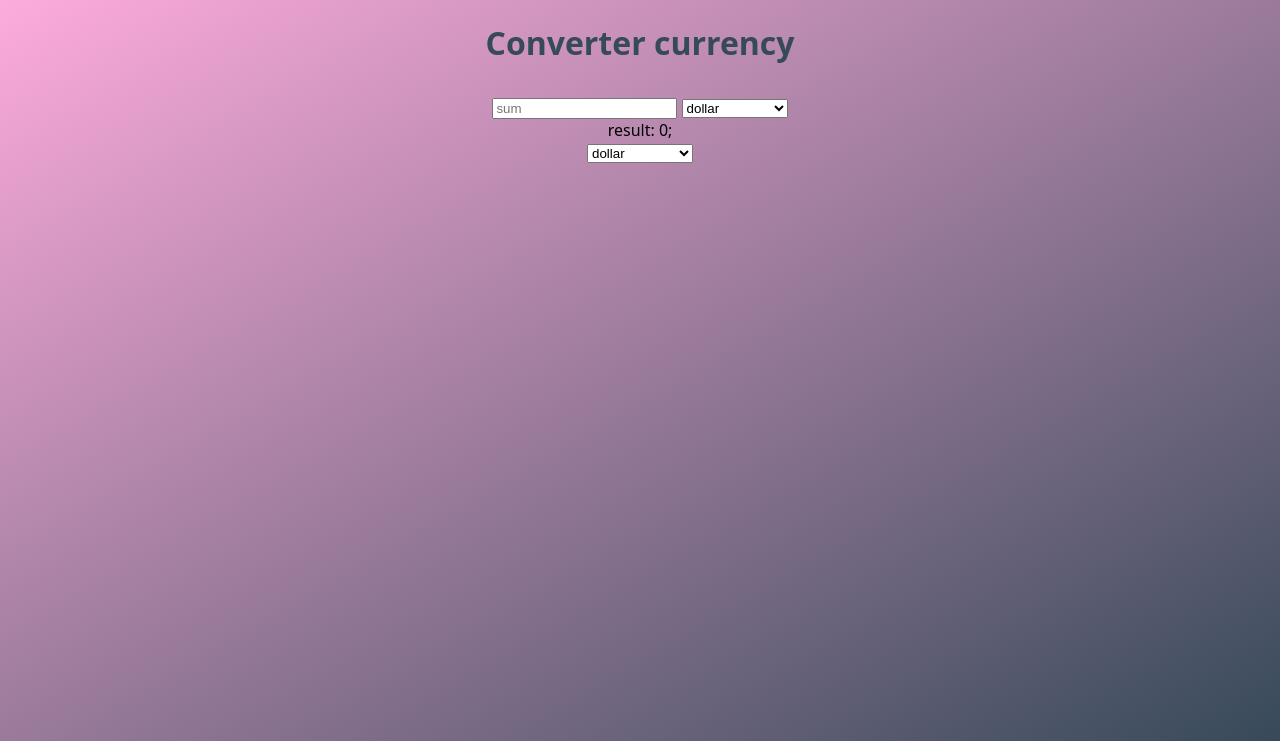
Repository: qtqqrdy13/converter_currerncy
Page: index.html
The author's editor kept a copy of each file at every save. The page is drawn from the files as they stood at one save, then again after the next save.
The browser window is 1280 px wide. The pictures show the whole page.

Above is the page before, as saved 2023-10-30 14:28:36.

### index.html
<!DOCTYPE html>
<html lang="en">
<head>
    <meta charset="UTF-8">
    <title>Document</title>
    <link rel="stylesheet" href="style.css">
</head>
<body>
    <h1>Converter currency</h1>
    <div class="converter">
        <div class="input">
            <input type="number" id="amount" placeholder="sum">
            <select name="" id="from_currency">
                <option value="usd">dollar</option>
                <option value="euro">euro</option>
                <option value="uah">grivna</option>
                <option value="zl">zloty</option>
                <option value="gbp">pound sterling</option>
            </select>

        </div>
        <div class="output">
            <div id="result">
                result: 0;
            </div>
            <select name="" id="to_currency">
                <option value="usd">dollar</option>
                <option value="euro">euro</option>
                <option value="uah">grivna</option>
                <option value="zl">zloty</option>
                <option value="gbp">pound sterling</option>
            </select>


        </div>
    </div>
    <script src="script.js"></script>

</body>
</html>

### style.css
body{
    font-family: system-ui, -apple-system, BlinkMacSystemFont, 'Segoe UI', Roboto, Oxygen, Ubuntu, Cantarell, 'Open Sans', 'Helvetica Neue', sans-serif;
    text-align: center;
    background-image: linear-gradient(to bottom right, #FDABDD, #374A5A);
    background-repeat: no-repeat;
    margin: 0;
    padding: 0;
    height: 100%;
    min-height: 100vh;
}
h1{
    color: #374A5A;
}
.converter{
    padding: 10px;

}

Loaded but not shown: script.js (no copy from this time; the picture is the same without it)

After the next save:
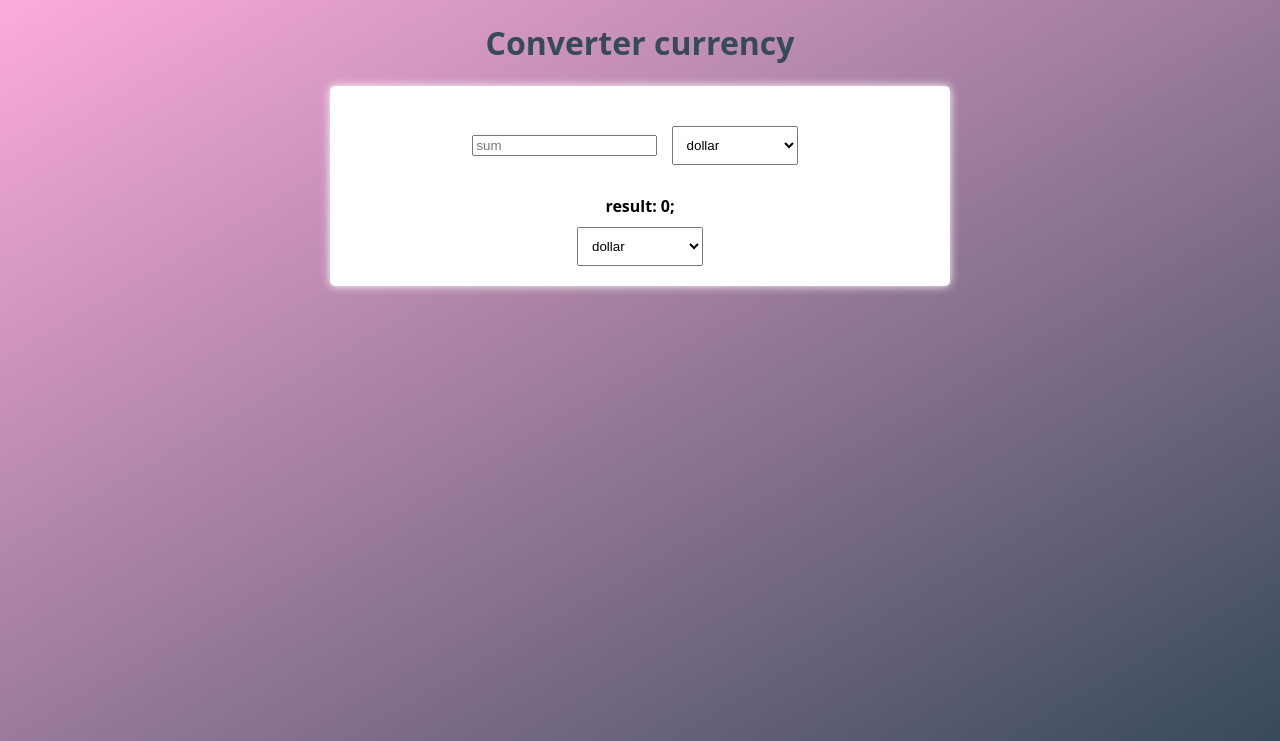
Saved 4 min 42 s later.
--- a/style.css
+++ b/style.css
@@ -13,5 +13,24 @@ h1{
 }
 .converter{
     padding: 10px;
+    background-color: white;
+    margin: 20px auto;
+    box-shadow: 0 0 10px white;
+    border-radius: 5px;
+    max-width: 600px;
+}
+.input .output{
+    display: flex;
+    align-items: center;
+    margin: 10px 0;
+}
+.input,select{
+    padding: 10px;
+    margin: 10px;
 
 }
+#result{
+    font-weight:bold ;
+    color: black;
+
+}
